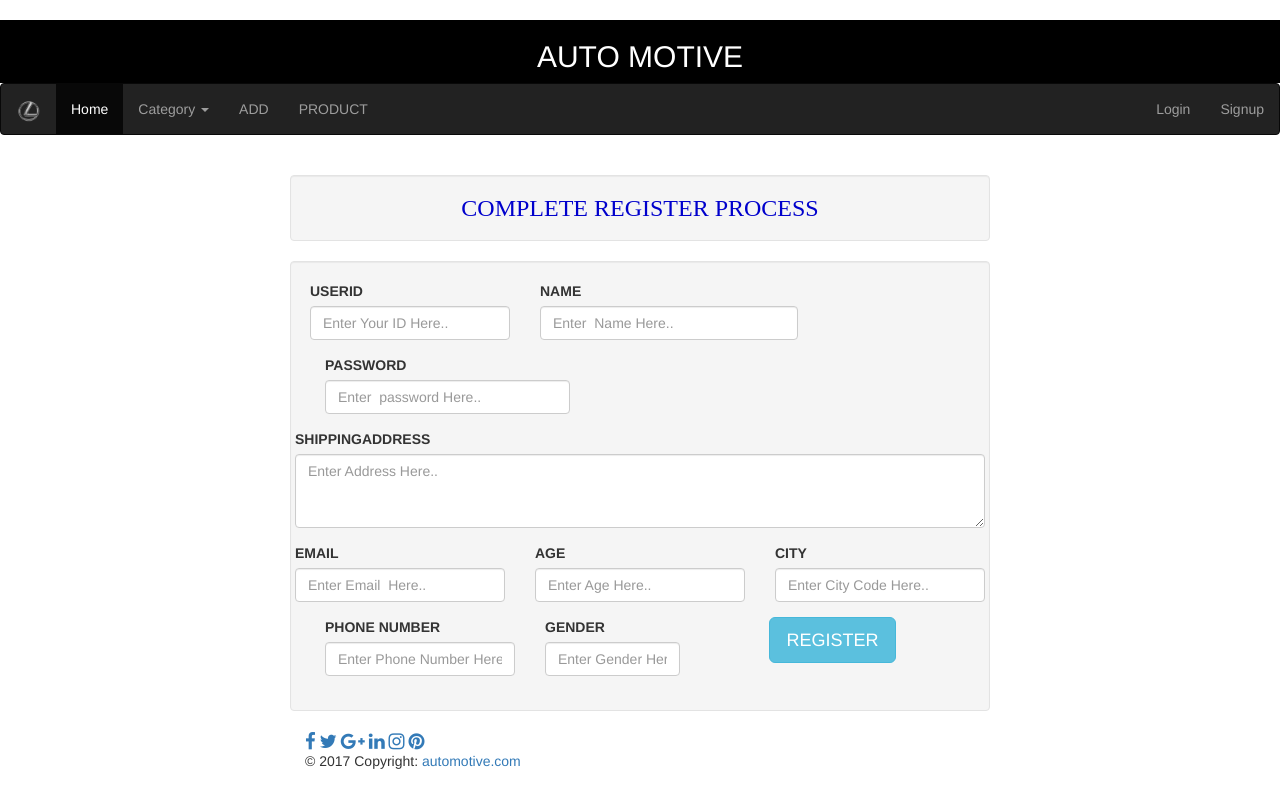
Repository: kavintech/DTProject
Page: http://localhost/Ecommerce_frontend/WEB-INF/views/registerpage.jsp
An editor plug-in stored every save of this project. The page is shown before and after the next save, followed by the edit.
The browser window is 1280 px wide. The pictures show the whole page.
Some web libraries are served in a nearby version. The page is served by Tomcat 9. Nobody is signed in. Other server files are loaded and not shown. The template is opened directly, without the code that normally fills it, so the values that code supplies are empty.

Above is the page before, as saved 2017-11-27 07:43:03.

### Ecommerce_frontend/src/main/webapp/WEB-INF/views/registerpage.jsp
<%@ page language="java" contentType="text/html; charset=ISO-8859-1"
    pageEncoding="ISO-8859-1"%>
<!DOCTYPE html PUBLIC "-//W3C//DTD HTML 4.01 Transitional//EN" "http://www.w3.org/TR/html4/loose.dtd">
<html>
<head>
<meta http-equiv="Content-Type" content="text/html; charset=ISO-8859-1">
<title>Insert title here</title>
<!-- To Access the Bootstrap link -->
<link rel="stylesheet" href="https://maxcdn.bootstrapcdn.com/bootstrap/3.3.7/css/bootstrap.min.css">
<script src="https://ajax.googleapis.com/ajax/libs/jquery/3.2.1/jquery.min.js"></script>
<script src="https://maxcdn.bootstrapcdn.com/bootstrap/3.3.7/js/bootstrap.min.js"></script>
<link href="//maxcdn.bootstrapcdn.com/font-awesome/4.1.0/css/font-awesome.min.css" rel="stylesheet">
<link href=".resources/css/registerpage.css" rel="stylesheet"/>
<style type="text/css">
  .backgroundclr
  {
    background-color: #00ff00;
  }
</style>
</head>
<body>
<jsp:include page="header.jsp"></jsp:include>
<!-- Registration form here -->
<div class="container">
    <center><h3 class="well" style="font-family: times new roman;font-style: times new roman;color:#0000cc">COMPLETE REGISTER PROCESS</h3></center>
	<div class="col-lg-12 well">
	<div class="row">
				<form  action="registerpage" method="post">
					<div class="col-sm-12">
						<div class="row">
							<div class="col-sm-4 form-group">

								<label>USERID</label>
								<input type="text" placeholder="Enter Your ID Here.." class="form-control" pattern="[0-9]+" required name="userid">
							</div>
							<div class="col-sm-5 form-group">
								<label>NAME</label>
								<input type="text" placeholder="Enter  Name Here.." class="form-control" pattern="^[a-zA-Z][a-zA-Z0-9-_\.]{1,20}$" required name="username">
							</div>
						</div>
						<div class="col-sm-5 form-group">
								<label>PASSWORD</label>

								<input type="text" placeholder="Enter  password Here.." class="form-control"  pattern="[A-Za-z]+" required name="userpass">
							</div>
						</div>
						<div class="form-group">
							<label>SHIPPINGADDRESS</label>
							<textarea placeholder="Enter Address Here.." rows="3" class="form-control" pattern="^[a-zA-Z][a-zA-Z0-9-_\.]{1,20}$" required name="useraddress"></textarea>
						</div>
						<div class="row">
							<div class="col-sm-4 form-group">

								<label>EMAIL</label>
								<input type="text" placeholder="Enter Email  Here.." class="form-control" pattern="[a-z0-9._%+-]+@[a-z0-9.-]+\.[a-z]{2,4}$" required name="usermail">
							</div>
							<div class="col-sm-4 form-group">
								<label>AGE</label>
								<input type="text" placeholder="Enter Age Here.." class="form-control" required name="userage">
							</div>
							<div class="col-sm-4 form-group">
								<label>CITY</label>
								<input type="text" placeholder="Enter City Code Here.." class="form-control" pattern="^[a-zA-Z][a-zA-Z0-9-_\.]{1,20}$" required name="usercity">
							</div>
						</div>


						</div>
					<div class="form-group">
					<div class="col-sm-4 form-group">
						<label>PHONE NUMBER</label>
						<input type="text" placeholder="Enter Phone Number Here.." class="form-control" pattern="^\{10}$" required name="userphone">
					</div>

					<div class="form-group">
					<div class="col-sm-3 form-group">
						<label>GENDER</label>
						<input type="text" placeholder="Enter Gender Here.."  class="form-control" pattern="^[a-zA-Z][a-zA-Z0-9-_\.]{1,20}$" required name="usergen">

					</div>

					<center>

					<input type="submit" class="btn btn-lg btn-info" value="REGISTER"></input>	</center>
					</div>
				</form>
				</div>
	</div>
	 <!-- Footer of the webpages -->

 <jsp:include page="footer.jsp"></jsp:include>

	</div>
</body>
</html>

### Ecommerce_frontend/src/main/webapp/WEB-INF/views/header.jsp
<%@ page language="java" contentType="text/html; charset=ISO-8859-1"
    pageEncoding="ISO-8859-1"%>
    <%@ taglib prefix = "c" uri = "http://java.sun.com/jsp/jstl/core" %>
<!DOCTYPE html PUBLIC "-//W3C//DTD HTML 4.01 Transitional//EN" "http://www.w3.org/TR/html4/loose.dtd">
<html>
<head>
<meta http-equiv="Content-Type" content="text/html; charset=ISO-8859-1">
<title>Insert title here</title>
<link rel="stylesheet" href="https://maxcdn.bootstrapcdn.com/bootstrap/3.3.7/css/bootstrap.min.css">
  <script src="https://ajax.googleapis.com/ajax/libs/jquery/3.2.1/jquery.min.js"></script>
  <script src="https://maxcdn.bootstrapcdn.com/bootstrap/3.3.7/js/bootstrap.min.js"></script>
</head>
<body>
<div class="container-fluid" style="background-color: BLACK;">
        <div class="row">
            <div class="col-md-12">
                <h2 class="text-center" style="margin-center:8.5%;color: white">AUTO MOTIVE</h2>
     </div>
     </div>
     </div>
<nav class="navbar navbar-inverse">
  <div class="container-fluid">
    <div class="navbar-header">
    <a class="navbar-brand brand-name">

    <img  src="./resources/images/lexus.png" class="img-circle" width="25px"></a>

     </div>
    <ul class="nav navbar-nav">
      <li class="active"><a href="#">Home</a></li>
      <li class="dropdown">

        <a class="dropdown-toggle" data-toggle="dropdown" href="">Category
        <span class="caret"></span></a>
        <ul class="dropdown-menu">
         <c:forEach items="${list}" var="p">

          <li><a href="">${p.categoryname}</a></li>

         </c:forEach>
        </ul>

      </li>
      <li><a href="<c:url value="admin/add"/>" role="button" aria-haspopup="true"
					aria-expanded="false">ADD</a></li>
      <li><a href="admin/productlistview">PRODUCT</a></li>
    </ul>
    <ul class="nav navbar-nav navbar-right">
     <c:if test="${pageContext.request.userPrincipal.name == null }">
					<li>
					 <a href=' <c:url value="/login" />'>Login</a>
					</li>
				<li><a href=' <c:url value="/reg" />'>Signup</a></li>

				</c:if>
    </ul>
  </div>

</nav>

</body>
</html>

### Ecommerce_frontend/src/main/webapp/WEB-INF/views/footer.jsp
<%@ page language="java" contentType="text/html; charset=ISO-8859-1"
    pageEncoding="ISO-8859-1"%>
<!DOCTYPE html PUBLIC "-//W3C//DTD HTML 4.01 Transitional//EN" "http://www.w3.org/TR/html4/loose.dtd">
<html>
<head>
<meta http-equiv="Content-Type" content="text/html; charset=ISO-8859-1">
<title>Insert title here</title>
<link rel="stylesheet" href="https://maxcdn.bootstrapcdn.com/bootstrap/3.3.7/css/bootstrap.min.css">
  <script src="https://ajax.googleapis.com/ajax/libs/jquery/3.2.1/jquery.min.js"></script>
  <script src="https://maxcdn.bootstrapcdn.com/bootstrap/3.3.7/js/bootstrap.min.js"></script>

<!--Footer-->
<footer class="page-footer indigo center-on-small-only pt-0">

    <!--Footer Links-->
    <div class="container">

        <!--First row-->
        <div class="row">

            <!--First column-->
            <div class="col-md-12">

                <div class="footer-socials mb-5 flex-center">

                    <!--Facebook-->
                    <a class="icons-sm fb-ic"><i class="fa fa-facebook fa-lg white-text mr-md-4"> </i></a>
                    <!--Twitter-->
                    <a class="icons-sm tw-ic"><i class="fa fa-twitter fa-lg white-text mr-md-4"> </i></a>
                    <!--Google +-->
                    <a class="icons-sm gplus-ic"><i class="fa fa-google-plus fa-lg white-text mr-md-4"> </i></a>
                    <!--Linkedin-->
                    <a class="icons-sm li-ic"><i class="fa fa-linkedin fa-lg white-text mr-md-4"> </i></a>
                    <!--Instagram-->
                    <a class="icons-sm ins-ic"><i class="fa fa-instagram fa-lg white-text mr-md-4"> </i></a>
                    <!--Pinterest-->
                    <a class="icons-sm pin-ic"><i class="fa fa-pinterest fa-lg white-text"> </i></a>
                </div>
            </div>
            <!--/First column-->
        </div>
        <!--/First row-->
    </div>
    <!--/Footer Links-->

    <!--Copyright-->
    <div class="footer-copyright">
        <div class="container-fluid">
            © 2017 Copyright: <a href="https://www.automotive.com">automotive.com </a>
        </div>
    </div>
    <!--/Copyright-->

</footer>

</head>
<body>

</body>
</html>

### Ecommerce_frontend/src/main/webapp/resources/css/registerpage.css
/* Space out content a bit */
body {
  padding-top: 20px;
  padding-bottom: 20px;
}

/* Everything but the jumbotron gets side spacing for mobile first views */
.header,
.marketing,
.footer {
  padding-right: 15px;
  padding-left: 15px;
}

/* Custom page header */
.header {
  border-bottom: 1px solid #e5e5e5;
}
/* Make the masthead heading the same height as the navigation */
.header h3 {
  padding-bottom: 19px;
  margin-top: 0;
  margin-bottom: 0;
  line-height: 40px;
}

/* Custom page footer */
.footer {
  padding-top: 19px;
  color: #777;
  border-top: 1px solid #e5e5e5;
}

/* Customize container */
@media (min-width: 768px) {
  .container {
    max-width: 730px;
  }
}
.container-narrow > hr {
  margin: 30px 0;
}

/* Main marketing message and sign up button */
.jumbotron {
  text-align: center;
  border-bottom: 1px solid #e5e5e5;
}
.jumbotron .btn {
  padding: 14px 24px;
  font-size: 21px;
}

/* Supporting marketing content */
.marketing {
  margin: 40px 0;
}
.marketing p + h4 {
  margin-top: 28px;
}

/* Responsive: Portrait tablets and up */
@media screen and (min-width: 768px) {
  /* Remove the padding we set earlier */
  .header,
  .marketing,
  .footer {
    padding-right: 0;
    padding-left: 0;
  }
  /* Space out the masthead */
  .header {
    margin-bottom: 30px;
  }
  /* Remove the bottom border on the jumbotron for visual effect */
  .jumbotron {
    border-bottom: 0;
  }
}

After the next save:
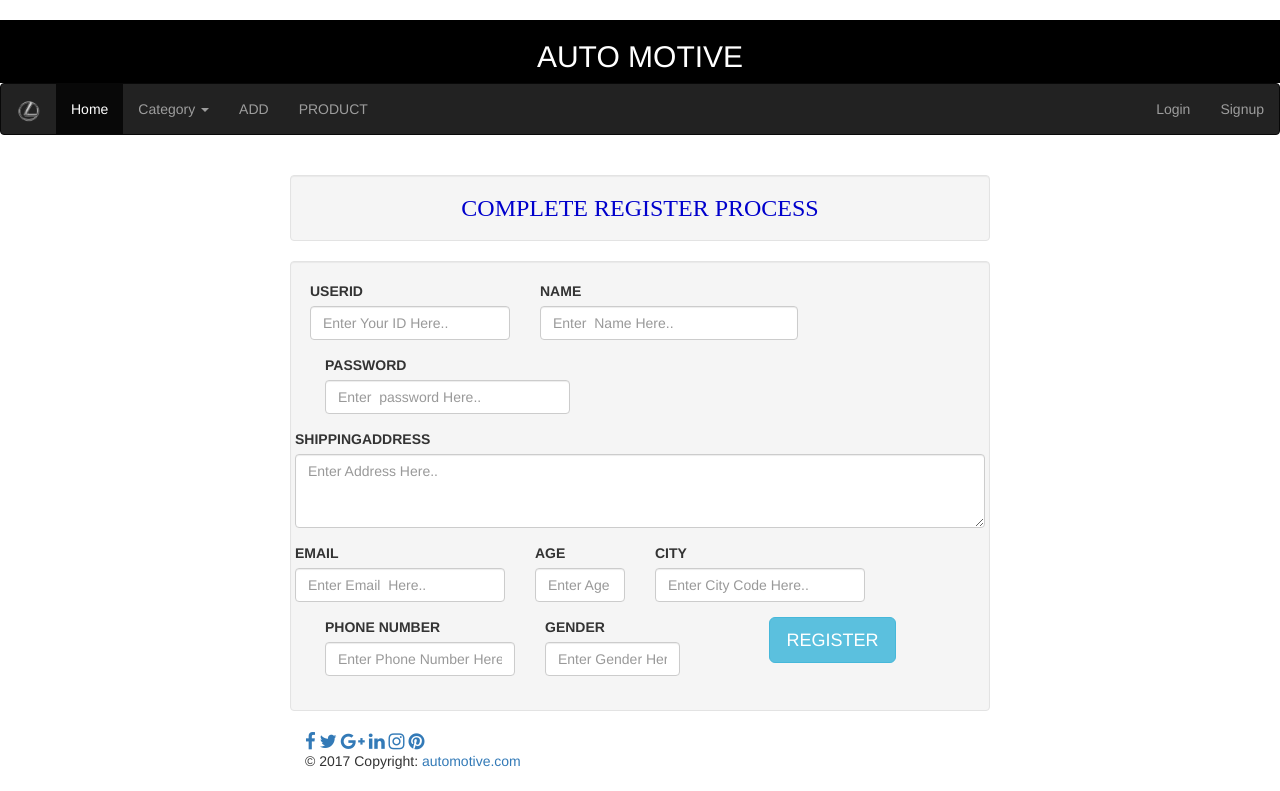
Saved 24 s later.
--- a/Ecommerce_frontend/src/main/webapp/WEB-INF/views/registerpage.jsp
+++ b/Ecommerce_frontend/src/main/webapp/WEB-INF/views/registerpage.jsp
@@ -54,7 +54,7 @@
 								<label>EMAIL</label>
 								<input type="text" placeholder="Enter Email  Here.." class="form-control" pattern="[a-z0-9._%+-]+@[a-z0-9.-]+\.[a-z]{2,4}$" required name="usermail">
 							</div>
-							<div class="col-sm-4 form-group">
+							<div class="col-sm-2 form-group">
 								<label>AGE</label>
 								<input type="text" placeholder="Enter Age Here.." class="form-control" required name="userage">
 							</div>
